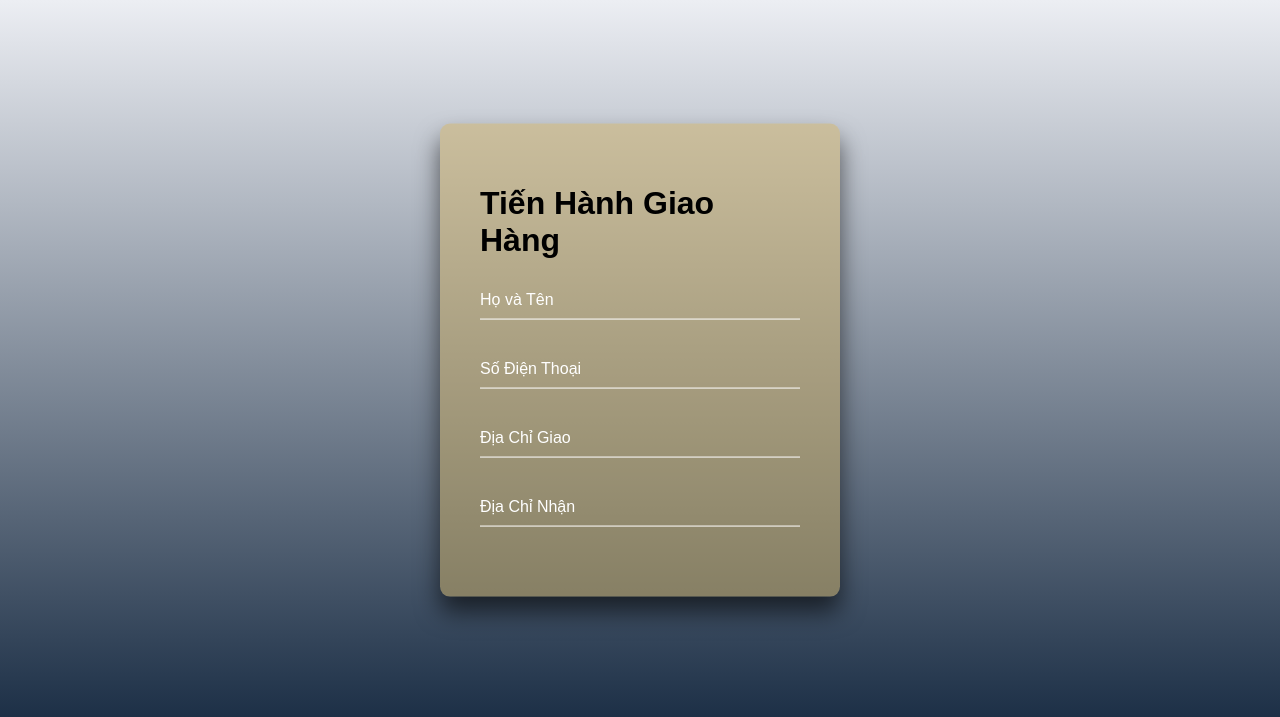
Repository: Pnguyen285/Demo
Page: Giao diện/index.html
The author's editor kept a copy of each file at every save. The page is drawn from the files as they stood at one save, then again after a run of saves.
The browser window is 1280 px wide. The pictures show the whole page.

Above is the page before, as saved 2023-07-27 21:52:09.

After the next 2 saves:
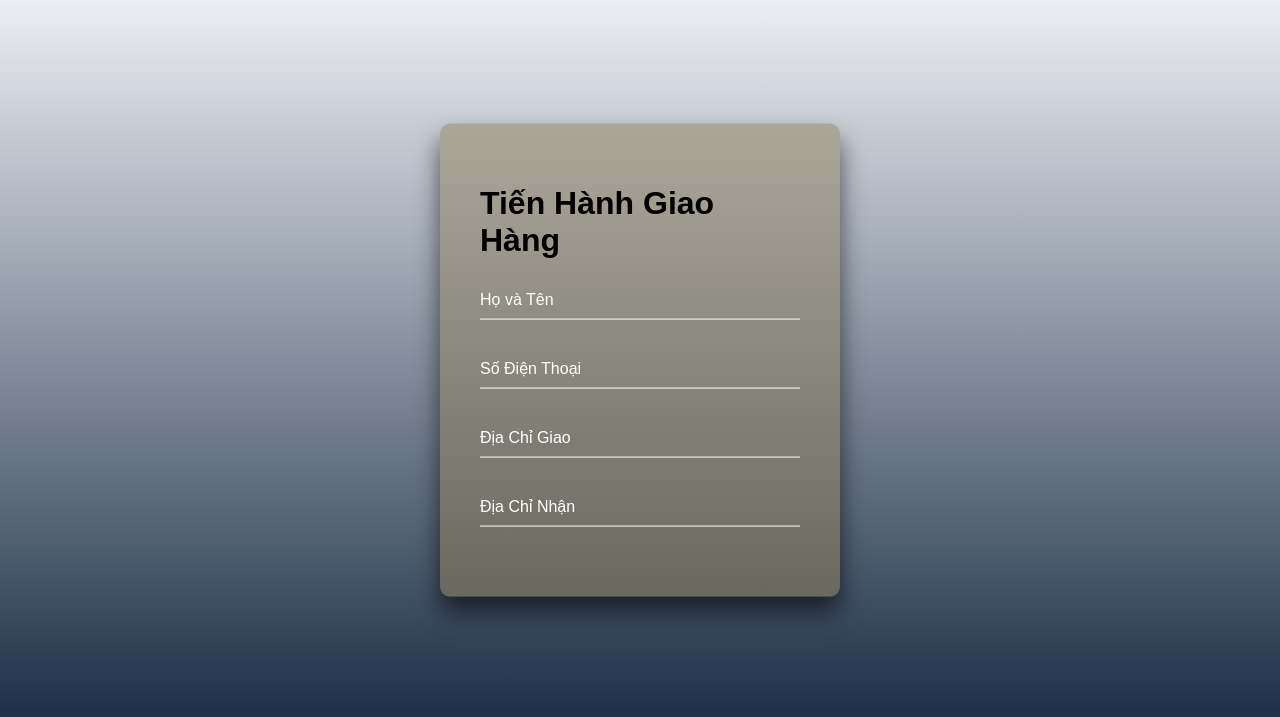
The 2 saves are shown as one change because they came seconds apart.
The last was saved 57 s later.
--- a/Giao diện/style.css
+++ b/Giao diện/style.css
@@ -15,7 +15,7 @@ body {
   width: 400px;
   padding: 40px;
   transform: translate(-50%, -50%);
-  background: rgba(206, 175, 102, 0.5);
+  background: rgba(145, 130, 94, 0.5);
   box-sizing: border-box;
   box-shadow: 0 15px 25px rgba(0,0,0,.6);
   border-radius: 10px;
